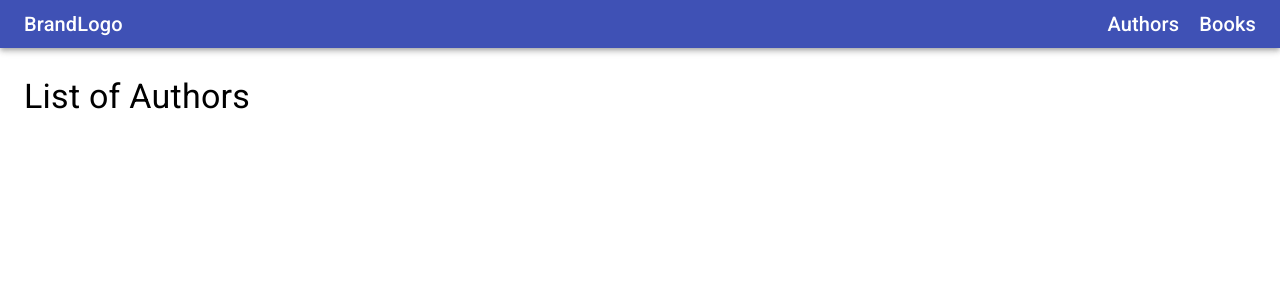
Repository: Sociophuck/00007494
Page: /authors (app in front/)
The author's editor kept a copy of each file at every save. The page is drawn from the files as they stood at one save, then again after the next save.
The browser window is 1280 px wide. The pictures show the whole page.
The page's requests for data from a server got no answer. The project was rebuilt for these pictures with package versions that can differ from the ones it lists, and the page was loaded fresh each time. No one was signed in, and anything a server would have sent is missing. Also part of the build but not shown: front/src/Book.js, front/src/Home.js, front/src/AuthorDetails.js.

Above is the page before, as saved 2021-04-04 15:39:23.

After the next save:
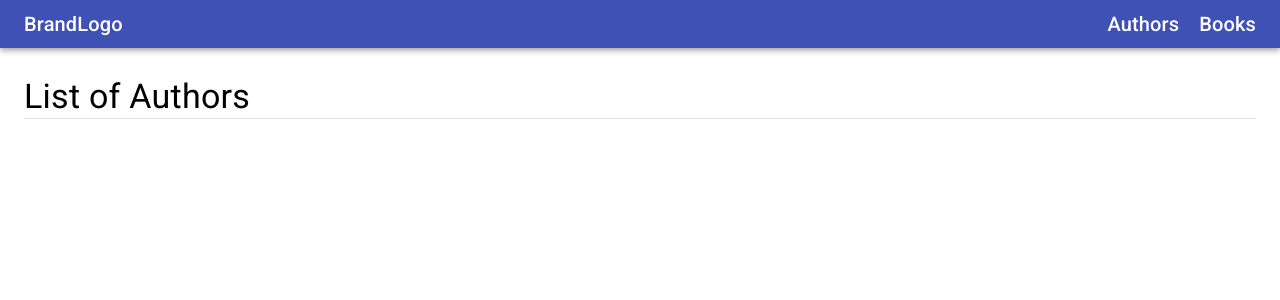
Saved 37 s later.
--- a/front/src/Author.js
+++ b/front/src/Author.js
@@ -12,6 +12,7 @@
 import IconButton from "@material-ui/core/IconButton";
 import { Link } from "react-router-dom";
 import CardActions from "@material-ui/core/CardActions";
+import Divider from "@material-ui/core/Divider";
 
 function Author() {
   const [data, setData] = useState([]);
@@ -37,6 +38,7 @@
   return (
     <Container>
       <Typography variant="h4">List of Authors</Typography>
+      <Divider />
       <div>
         <Grid container spacing={3}>
           {data &&

After the 2 saves that followed:
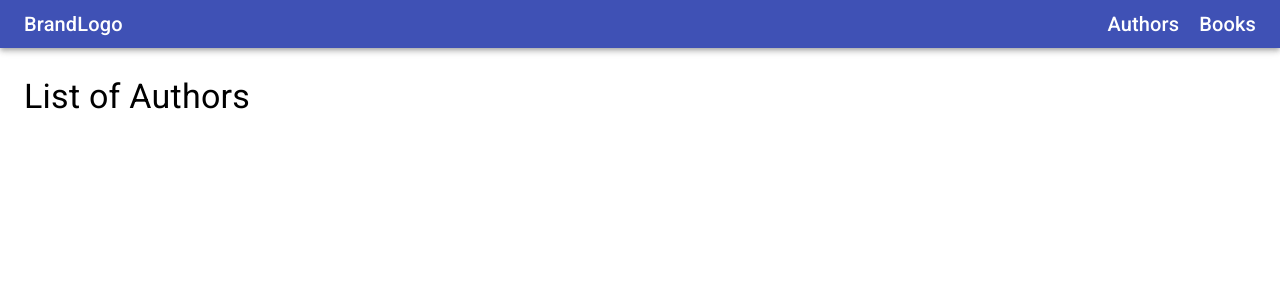
The 2 saves are shown as one change because 1 left the picture as it was.
The last was saved 25 s later.
--- a/front/src/Author.js
+++ b/front/src/Author.js
@@ -38,7 +38,7 @@
   return (
     <Container>
       <Typography variant="h4">List of Authors</Typography>
-      <Divider />
+      <div className="divide" />
       <div>
         <Grid container spacing={3}>
           {data &&
